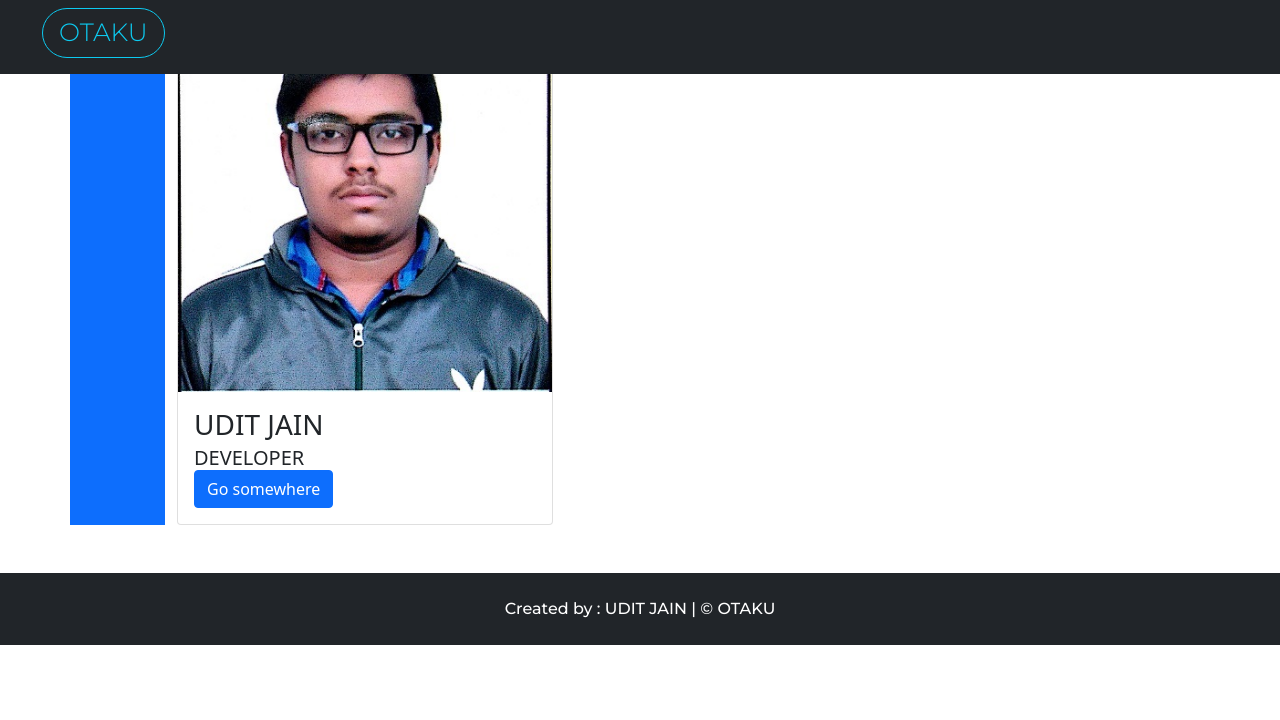
Repository: uditjain100/Responsive-Resume
Page: layouts/index.html
An editor plug-in stored every save of this project. The page is shown before and after the next save, followed by the edit.
The browser window is 1280 px wide. The pictures show the whole page.
Some web libraries are served in a nearby version.

Above is the page before, as saved 2021-03-01 13:41:12.

After the next save:
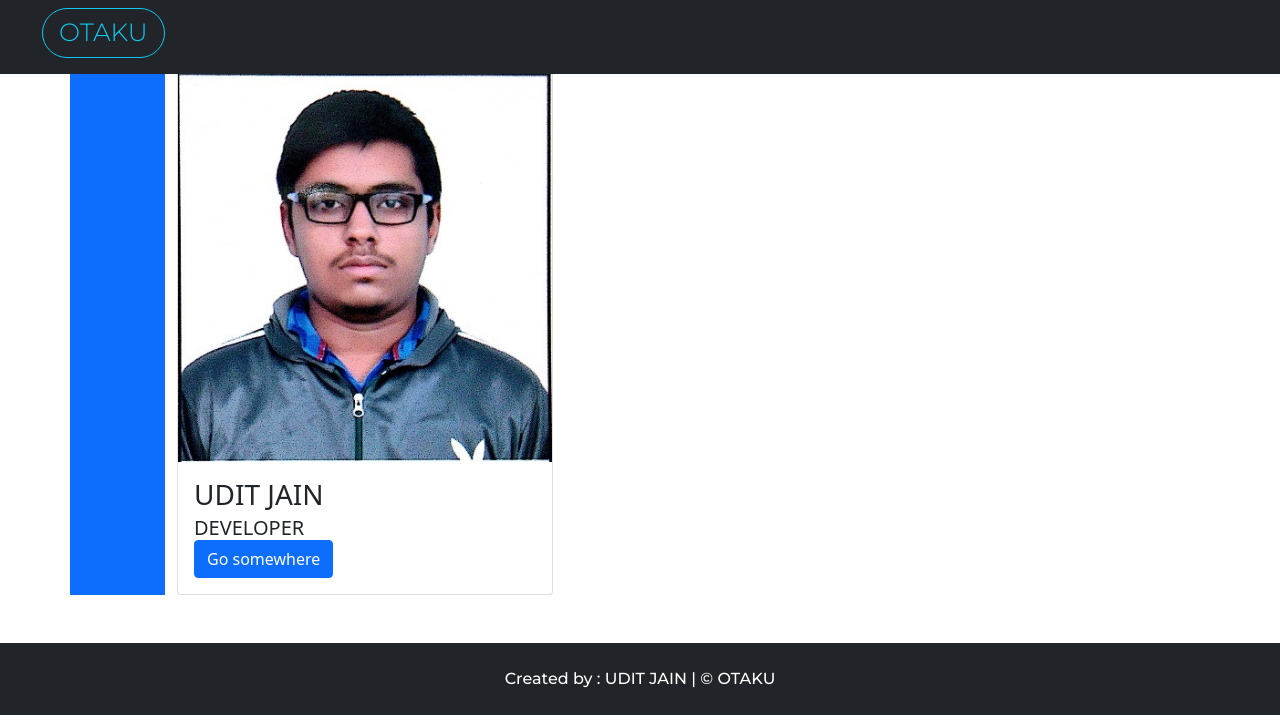
Saved 60 s later.
--- a/layouts/app.css
+++ b/layouts/app.css
@@ -58,6 +58,12 @@ html {
   }
 }
 
+/*  ********************* resume work */
+
+#wholewindow {
+  margin-top: 70px;
+}
+
 /* * Common Section */
 
 .footer {
